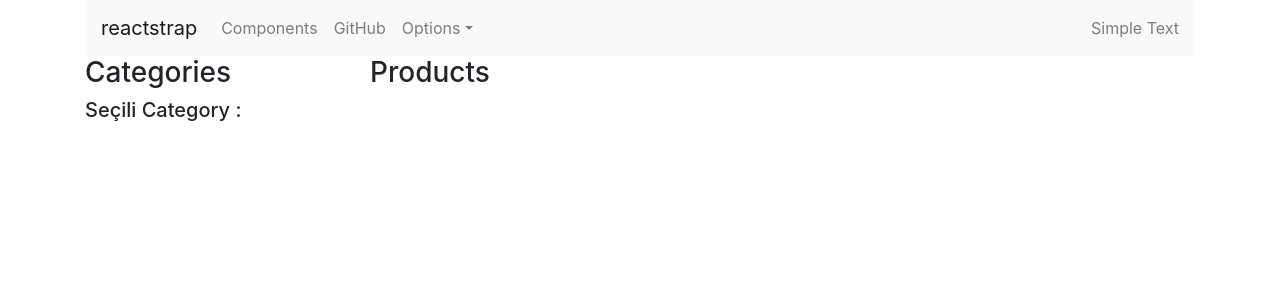
Repository: asarikaya/redux_try_app
Page: /
The author's editor kept a copy of each file at every save. The page is drawn from the files as they stood at one save, then again after the next save.
The browser window is 1280 px wide. The pictures show the whole page.
The page's requests for data from a server got no answer. The project was rebuilt for these pictures with package versions that can differ from the ones it lists, and the page was loaded fresh each time. No one was signed in, and anything a server would have sent is missing.

Above is the page before, as saved 2020-02-28 12:37:44.

### src/index.js
import React from 'react';
import ReactDOM from 'react-dom';
import App from './components/root/App';
import * as serviceWorker from './serviceWorker';
import 'bootstrap/dist/css/bootstrap.min.css';
import {Provider} from "react-redux"
import configureStore from "./redux/reducers/configureStore"

const store = configureStore();

ReactDOM.render(<Provider store={store}><App /></Provider>, document.getElementById('root'));

// If you want your app to work offline and load faster, you can change
// unregister() to register() below. Note this comes with some pitfalls.
// Learn more about service workers: https://bit.ly/CRA-PWA
serviceWorker.unregister();

### src/components/root/App.js
import React from 'react';
import { Container } from 'reactstrap';
import Navi from "../navi/Navi"
import Dashboard from './Dashboard';

function App() {
  return (
    <Container>
      <Navi/>
      <Dashboard/>
    </Container>
  );
}

export default App;

### src/redux/reducers/configureStore.js
import {createStore,applyMiddleware} from "redux"
import rootReducer from "./index"
import thunk from "redux-thunk"

export default function configureStore(){
    return createStore(rootReducer,applyMiddleware(thunk));
}

### src/components/navi/Navi.js
import React, { Component } from "react";
import {
  Collapse,
  Navbar,
  NavbarToggler,
  NavbarBrand,
  Nav,
  NavItem,
  NavLink,
  UncontrolledDropdown,
  DropdownToggle,
  DropdownMenu,
  DropdownItem,
  NavbarText
} from "reactstrap";

export default class Navi extends Component {
  render() {
    return (
      <div>
        <Navbar color="light" light expand="md">
          <NavbarBrand href="/">reactstrap</NavbarBrand>
          <NavbarToggler />
          <Collapse navbar>
            <Nav className="mr-auto" navbar>
              <NavItem>
                <NavLink href="/components/">Components</NavLink>
              </NavItem>
              <NavItem>
                <NavLink href="https://github.com/reactstrap/reactstrap">
                  GitHub
                </NavLink>
              </NavItem>
              <UncontrolledDropdown nav inNavbar>
                <DropdownToggle nav caret>
                  Options
                </DropdownToggle>
                <DropdownMenu right>
                  <DropdownItem>Option 1</DropdownItem>
                  <DropdownItem>Option 2</DropdownItem>
                  <DropdownItem divider />
                  <DropdownItem>Reset</DropdownItem>
                </DropdownMenu>
              </UncontrolledDropdown>
            </Nav>
            <NavbarText>Simple Text</NavbarText>
          </Collapse>
        </Navbar>
      </div>
    );
  }
}

### src/components/root/Dashboard.js
import React, { Component } from 'react'
import { Row, Col } from 'reactstrap'
import CategoryList from "../categories/CategoryList"
import ProductList from "../products/ProductList"

export default class Dashboard extends Component {
    render() {
        return (
            <div>
                <Row>
                    <Col xs="3">
                        <CategoryList/>
                    </Col>
                    <Col xs="9">
                        <ProductList/>
                    </Col>
                </Row>
            </div>
        )
    }
}

### src/redux/reducers/index.js
import {combineReducers} from "redux"
import changeCategoryReducer from "./changeCategoryReducer"
import categoryListReducer from "./categoryListReducer"

const rootReducer = combineReducers({
    changeCategoryReducer,
    categoryListReducer
})

export default rootReducer;

### src/components/categories/CategoryList.js
import React, { Component } from "react";
import { connect } from "react-redux";
import { bindActionCreators } from "redux";
import * as categoryActions from "../../redux/actions/categoryActions";
import { ListGroup, ListGroupItem } from "reactstrap";

class CategoryList extends Component {
  componentDidMount() {
    this.props.actions.getCategories();
  }

  render() {
    return (
      <div>
        <h3>Categories</h3>
        <ListGroup>
          {this.props.categories.map(category => (
            <ListGroupItem id={category.id} onClick={()=>this.props.action.changeCategory(category)}>{category.categoryName}</ListGroupItem>
          ))}
        </ListGroup>
        <h5>Seçili Category : {this.props.currentCategory.categoryName}</h5>
      </div>
    );
  }
}

function mapStateToProps(state) {
  return {
    currentCategory: state.changeCategoryReducer,
    categories: state.categoryListReducer
  };
}

function mapDispatchToProps(dispatch) {
  return {
    actions: {
      getCategories: bindActionCreators(categoryActions.getCategories, dispatch),
      changeCategory: bindActionCreators(categoryActions.changeCategory, dispatch)
    }
  };
}

export default connect(mapStateToProps, mapDispatchToProps)(CategoryList);

### src/components/products/ProductList.js
import React, { Component } from 'react'

export default class ProductList extends Component {
    render() {
        return (
            <div>
                <h3>Products</h3>
            </div>
        )
    }
}

### src/redux/reducers/changeCategoryReducer.js
import * as actionTypes from "../actions/actionTypes"
import initialState from "./initialState";

export default function changeCategoryReducer(state=initialState.currentCategory,action){
    switch (action.type) {
        case actionTypes.CHANGE_CATEGORY:
            return action.payload;
        default:
            return state;
    }
}

### src/redux/reducers/categoryListReducer.js
import * as actionTypes from "../actions/actionTypes"
import initialState from "./initialState";

export default function changeCategoryReducer(state=initialState.categories,action){
    switch (action.type) {
        case actionTypes.GET_CATEGORIES_SUCCESS:
            return action.payload;
        default:
            return state;
    }
}

### src/redux/actions/categoryActions.js
import * as actionTypes from "./actionTypes";

export function changeCategory(category) {
  return { type: actionTypes.CHANGE_CATEGORY, payload: category };
}

export function getCategoriesSuccess(categories){
    return { type: actionTypes.GET_CATEGORIES_SUCCESS, payload: categories };
}

export function getCategories() {
  return function(dispatch) {
    let url = "http://localhost:3000/categories";
    return fetch(url)
      .then(response => response.json())
      .then(result => dispatch(getCategoriesSuccess(result)));
  };
}

### src/redux/actions/actionTypes.js
export const CHANGE_CATEGORY = "CHANGE_CATEGORY"
export const GET_CATEGORIES_SUCCESS = "GET_CATEGORIES_SUCCESS"

### src/redux/reducers/initialState.js
export default {
  currentCategory: {categoryName:""},
  categories: []
};

Loaded but not shown: public/index.html (common file); src/serviceWorker.js (common file)

After the next save:
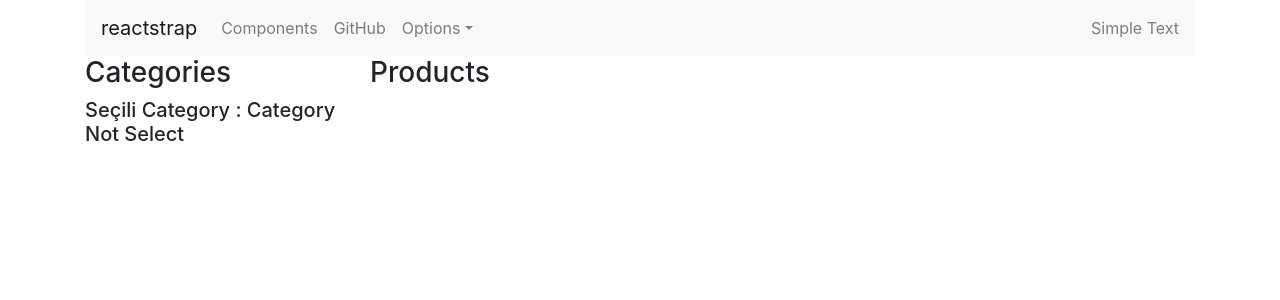
Saved 20 s later.
--- a/src/redux/reducers/initialState.js
+++ b/src/redux/reducers/initialState.js
@@ -1,4 +1,4 @@
 export default {
-  currentCategory: {categoryName:""},
+  currentCategory: {categoryName:"Category Not Select"},
   categories: []
 };
